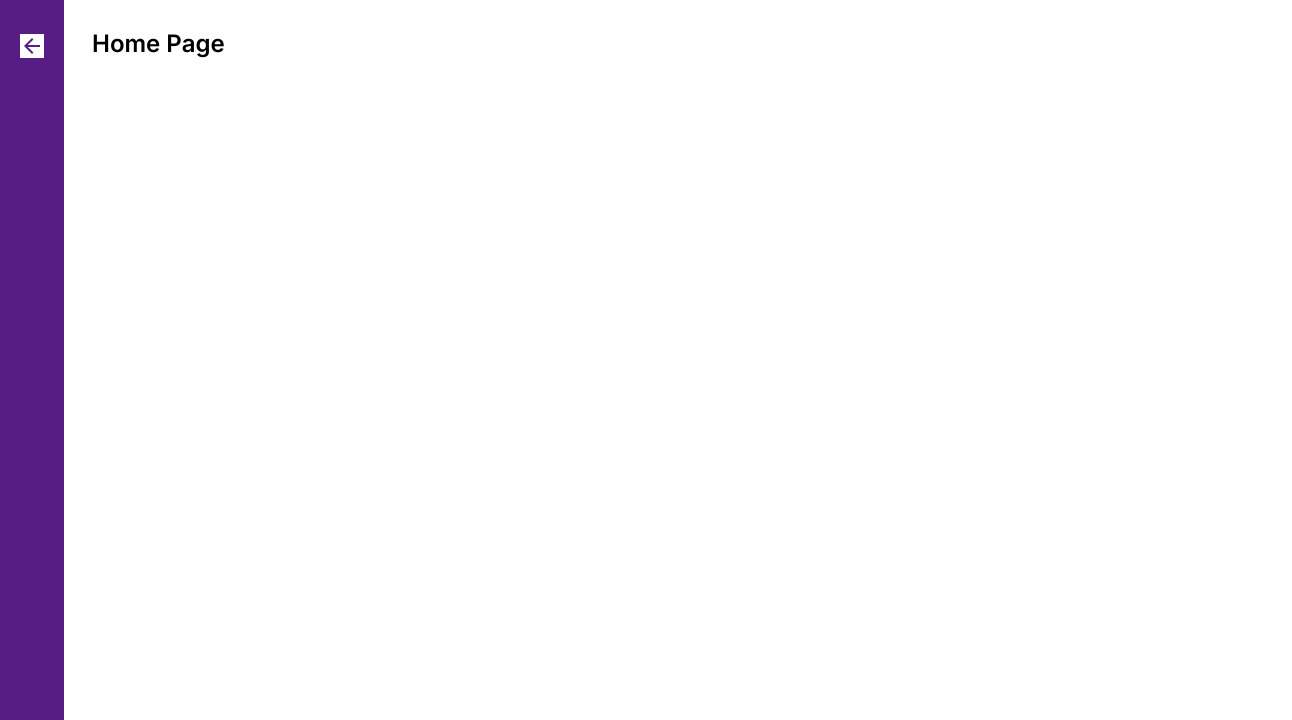
Repository: marcusdashe/anthophila
Page: /dashboard
These files come from the project's save history. The page is drawn as it stood at one moment and after the next save; the edit follows.
The browser window is 1280 px wide. The page is 1280 px wide, then 1292 px, so the pictures cover 1292 px, including what lies to the right of the window. The pictures show the whole page.
The project was rebuilt for these pictures with package versions that can differ from the ones it lists, and the page was loaded fresh each time. The framework's server and built-in components were replaced by stand-ins that run in the browser. Also part of the build but not shown: next.config.js.

Above is the page before, as saved 2023-04-05 14:11:31.

After the next save:
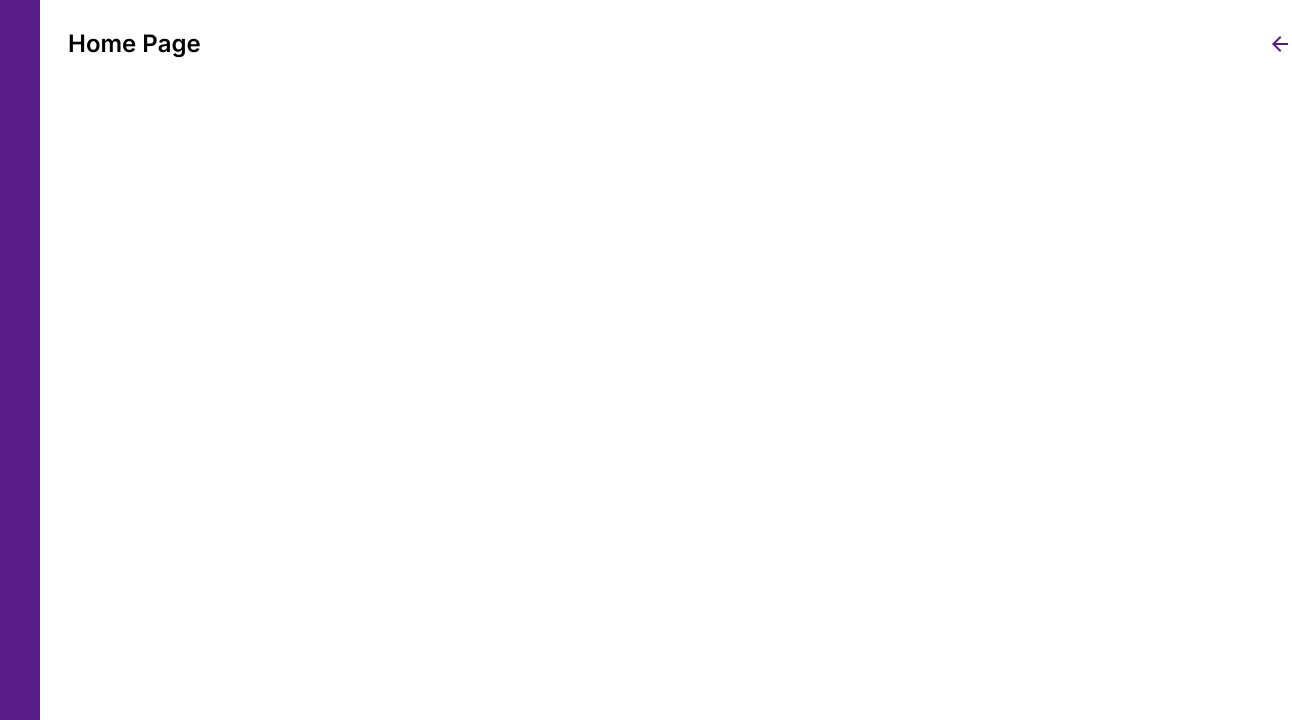
Saved 12 min 29 s later.
--- a/pages/dashboard.js
+++ b/pages/dashboard.js
@@ -5,7 +5,7 @@ const Dashboard = () => {
   return (
     <div className="flex">
       <div className="bg-purple-900 h-screen p-5 pt-8 w-70">
-        <ArrowBackIcon className="bg-white text-purple-900" />
+        <ArrowBackIcon className="bg-white text-purple-900 text-3xl rounded-full absolute -right-3" />
       </div>
 
       <div className="p-7">
